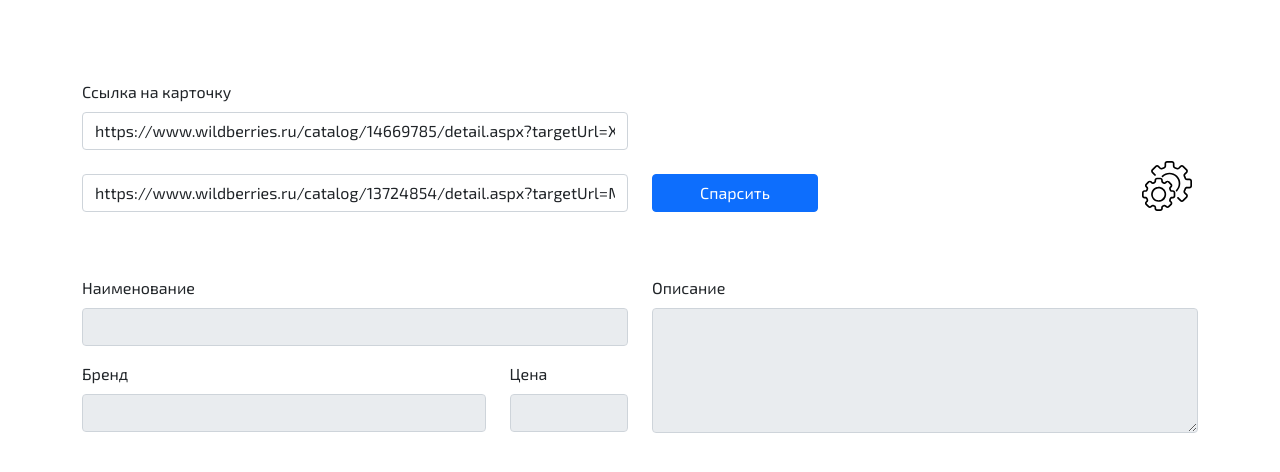
Repository: yozuul/wildberries-product-card-parser-api-exchange
Page: public/panel.html
These files come from the project's save history. The page is drawn as it stood at one moment and after the next save; the edit follows.
The browser window is 1280 px wide. The pictures show the whole page.

Above is the page before, as saved 2021-08-22 19:25:01.

### public/panel.html
<!DOCTYPE html>
<html lang="en">

<head>
   <meta charset="UTF-8">
   <meta http-equiv="X-UA-Compatible" content="IE=edge">
   <meta name="viewport" content="width=device-width, initial-scale=1.0">
   <title>Document</title>
   <link href="https://cdn.jsdelivr.net/npm/bootstrap@5.1.0/dist/css/bootstrap.min.css" rel="stylesheet"
      integrity="sha384-KyZXEAg3QhqLMpG8r+8fhAXLRk2vvoC2f3B09zVXn8CA5QIVfZOJ3BCsw2P0p/We" crossorigin="anonymous">
   <link rel="stylesheet" href="style.css">
</head>

<body>
   <div class="sidebar">
      <!-- <button type="button" class="btn_my mt-2" data-bs-toggle="modal" data-bs-target="#users"><img
            src="images/users.svg" width="50" height="50">
      </button> -->
   </div>
   <div class="modal fade" id="settings" tabindex="-1" aria-labelledby="settingsLabel" aria-hidden="true">
      <div class="modal-dialog">
         <div class="modal-content">
            <div class="modal-header">
               <h5 class="modal-title" id="settingsLabel">Токен API</h5>
               <button type="button" class="btn-close" data-bs-dismiss="modal" aria-label="Закрыть"></button>
            </div>
            <div class="modal-body">
               <form>
                  <div class="mb-3">
                     <textarea type="text" class="form-control" id="token">eyJhbGciOiJIUzI1NiIsInR5cCI6IkpXVCJ9.eyJhY2Nlc3NJRCI6IjU1YzNkMzE2LTExMzYtNGMwYi04MmY5LTY2NTMzZDMzZTNiMyJ9.r1vgQ-uEi4mcr1wizeFSqBRZazao4H34TLrjs3Msch8</textarea>
                  </div>
                  <div>
                     Можно сгенерировать в личном кабинете.<br/>Мой профиль => <a href="https://seller.wildberries.ru/supplier-settings/access-to-new-api">Доступ к новому API</a>
                  </div>
               </form>
            </div>
            <div class="modal-footer">
               <button type="button" class="btn btn-secondary" data-bs-dismiss="modal">Закрыть</button>
               <button type="button" class="btn btn-primary" id="saveToken">Сохранить</button>
            </div>
         </div>
      </div>
   </div>
   <div class="container">
      <div class="row align-items-end">
         <div class="mb-3 col-6">
            <label for="cardProductURL" class="form-label">Ссылка на карточку</label>
            <input type="text" class="form-control" id="cardProductURL"
               value="https://www.wildberries.ru/catalog/14669785/detail.aspx?targetUrl=XS"><br>
            <input type="text" class="form-control" id="cardProductURL2"
               value="https://www.wildberries.ru/catalog/13724854/detail.aspx?targetUrl=MI">
         </div>
         <div class="col-2 mb-3">
            <button id="parseCard" class="btn btn-primary col-12">
               <span id="parseCard_inactive">Спарсить</span>
               <div id="parseCard_active" class="spinner dn">
                  <span class="sr-only">Парсим</span>
                  <span class="spinner-grow spinner-grow-sm" role="status" aria-hidden="true"></span>
               </div>
            </button>
         </div>
         <div class="col-2 mb-3">
            <button id="saveCard" class="btn btn-success col-12 dn">
               <span id="saveCard_inactive">Добавить</span>
               <div id="saveCard_active" class="spinner dn">
                  <span class="sr-only">Добавляем</span>
                  <span class="spinner-grow spinner-grow-sm" role="status" aria-hidden="true"></span>
               </div>
            </button>
         </div>
         <div class="col-2 mb-3 d-flex justify-content-end">
            <button type="button" class="btn_my mb-6" data-bs-toggle="modal" data-bs-target="#settings"><img
               src="images/settings.svg" width="50" height="50">
         </button>
         </div>
      </div>
   </div>
   <form class="container mt-5">
      <div class="row">
         <div class="col">
            <!-- Если категория найдена -->
            <div class="mb-3">
               <label for="productName" class="form-label">Наименование</label>
               <input type="text" class="form-control" id="productName" readonly>
            </div>
            <div id="productExtras_wrapper" class="row dn">
               <div class="col-12  mb-3">
                  <label for="productCategory" class="form-label">Категория</label>
                  <select id="productCategory" class="form-select"></select>
               </div>
               <div class="col-12  mb-3">
                  <label for="productTnved" class="form-label">ТНВЭД</label>
                  <select id="productTnved" class="form-select"></select>
               </div>
            </div>
            <!-- Если категория не найдена -->
            <div id="productExtrasNotFound_wrapper" class="row dn">
               <div class="col-12  mb-3">
                  <label for="searchProductCategory" class="form-label">Поиск категории</label>
                  <input type="text" class="form-control" id="searchProductCategory">
               </div>
               <div class="col-12  mb-3">
                  <label for="searchProductTnved" class="form-label">ТНВЭД</label>
                  <input type="text" class="form-control" id="searchProductTnved" readonly>
               </div>
            </div>
            <div class="row mb-3">
               <div class="col-9">
                  <label for="productBrand" class="form-label">Бренд</label>
                  <input type="text" class="form-control" id="productBrand" readonly>
               </div>
               <div class="col-3">
                  <label for="productTnved" class="form-label">Цена</label>
                  <input type="text" class="form-control" id="productPrice" readonly>
               </div>
            </div>
            <div id="productImages_wrapper" class="mb-3 dn">
               <label for="productImages" class="form-label">Изображения</label>
               <div id="productImages" class="row"></div>
            </div>
         </div>
         <div class="col">
            <div id="productConsist_wrapper" class="mb-3 dn">
               <label for="productConsist" class="form-label">Состав</label>
               <input type="text" class="form-control" id="productConsist">
            </div>
            <div class="mb-3">
               <label for="cardProductDesc" class="form-label">Описание</label>
               <textarea type="text" class="form-control" id="cardProductDesc" readonly></textarea>
            </div>
            <div id="productColor_wrapper" class="mb-3 dn">
               <label for="productColor" class="form-label">Цвет</label>
               <input type="text" class="form-control" id="productColor">
            </div>
            <div id="productParams_wrapper" class="mb-3 dn">
               <label class="form-label">Характеристики</label>
               <table id="productParams_table"></table>
            </div>
         </div>
      </div>
   </form>

   <!-- <div class="toast" role="alert" aria-live="assertive" aria-atomic="true">
      <div class="toast-header">
        <img src="..." class="rounded mr-2" alt="...">
        <strong class="mr-auto">Bootstrap</strong>
        <small>11 mins ago</small>
        <button type="button" class="ml-2 mb-1 close" data-dismiss="toast" aria-label="Close">
          <span aria-hidden="true">&times;</span>
        </button>
      </div>
      <div class="toast-body">
        Hello, world! This is a toast message.
      </div>
    </div> -->

    <script src="panel.js"></script>
    <script src="https://cdn.jsdelivr.net/npm/bootstrap@5.1.0/dist/js/bootstrap.bundle.min.js"
    integrity="sha384-U1DAWAznBHeqEIlVSCgzq+c9gqGAJn5c/t99JyeKa9xxaYpSvHU5awsuZVVFIhvj" crossorigin="anonymous">
   </script>
</body>

</html>

### public/style.css
@import url('https://fonts.googleapis.com/css2?family=Exo+2&display=swap');

* {
   font-family: 'Exo 2', sans-serif;
}

body {
   padding: 0;
   margin: 0;
   padding-bottom: 80px;
   padding-top: 80px;
}
.dn {
   display: none;
}
.parser_form_wrapper {
   margin-top: 50px;
}
#cardProductDesc {
   height: 125px;
}
#cardProductDesc.max_height_desc {
   height: 210px;
}
/* .imageItem {
   max-width: 100px;
   margin-right: 5px;
} */
.imageItem img {
   max-width: 100%;
   height: auto;
   margin-bottom: 20px;
   border: 1px solid #eee;
}
#productParams_table th {
   width: 60%;
   /* text-align: right;
   padding-right: 40px; */
}
#productParams_table td {
   width: 40%;
}
/* .productImages {
   display: flex;
} */
.btn_my {
   background: none;
   border: none;
   outline: none;
}
.sidebar {
   width: 60px;
   position: fixed;
   top: 90px;
   left: 10px;
}
#token {
   height: 90px;
   resize: none;
}
/* .productFormWrapper, .parseFormWrapper {
   max-width: 1200px;
   margin: auto;
   padding-top: 25px;
   padding-bottom: 25px;
}
.parseFormWrapper {
   border-bottom: 1px dotted #9999;
}
.productFormWrapper {
   display: flex;
}
.productFormWrapperLeft {
   margin-right: 50px;
}
.parseForm {
   display: flex;
   flex-wrap: wrap;
   max-width: 550px;
}
.parseForm input {
   width: 550px;
   margin-bottom: 20px;
}
.productForm {
}
.productForm input, .productForm textarea {
   width: 550px;
}
.productForm textarea {
   height: 100px;
   resize: none;
}
.parseFormWrapper p, .productFormWrapper p {
   margin-bottom: 8px;
   margin-top: 0;
}
.inputWrapper {
   margin-bottom: 15px;
} */

### public/panel.js
const query = (el) => document.querySelector(el)
const queryAll = (el) => document.querySelectorAll(el)

class Panel {
   constructor(api, button, element, input) {
      this.api = api
      this.button = button
      this.element = element
      this.input = input
   }

   waitParse() {
      this.parseButtonControl()
      this.addProductButtonControl()
   }

   addProductButtonControl() {
      this.button.saveCard.onclick = async () => {
         const updatedFields = this.getUpdatedFields()
         const objectData = this.prepareObjectData(this.parseData, updatedFields)
         const addCard = await this.apiFetch(this.api.addCard, objectData)
         console.log(objectData);
      }
   }

   prepareObjectData(parseData, updatedFields) {

      const params = parseData.details.params
      const cardData = {
         params: {
            card: [{
               countryProduction: params['Страна производства'],
               supplierVendorCode: parseData.extras.supplierVendorCode,
               object: parseData.cardProductName,
               addin: [{
                     type: 'Состав',
                     params: [{
                        value: 'Хлопок',
                        count: 80
                     }]
                  },
                  {
                     type: 'Тнвэд',
                     params: [{
                        value: updatedFields.productTnved.split('--')[0]
                     }]
                  },
                  {
                     type: 'Бренд',
                     params: [{
                        value: updatedFields.cardProductBrand
                     }]
                  },
                  {
                     type: 'Комплектация',
                     params: [{
                        value: params['Комплектация']
                     }]
                  },
                  {
                     type: 'Пол',
                     params: [{
                        value: params['Пол']
                     }]
                  },
                  {
                     type: 'Описание',
                     params: [{
                        value: updatedFields.cardProductDesc
                     }]
                  },
                  {
                     type: 'Ключевые слова',
                     params: [{
                        value: 'Худи'
                     }]
                  }
               ],
               nomenclatures: [{
                  vendorCode: Math.floor(Math.random() * 1000000000),
                  variations: [{
                     barcode: parseData.extras.barcode,
                     addin: [{
                           type: 'Розничная цена',
                           params: [{
                              count: parseInt(updatedFields.cardProductPrice)
                           }]
                        },
                        {
                           type: 'Размер',
                           params: [{
                              value: "56"
                           }]
                        },
                        {
                           type: 'Рос. размер',
                           params: [{
                              value: "56"
                           }]
                        }
                     ]
                  }],
                  addin: [{
                        type: "Основной цвет",
                        params: [{
                           value: updatedFields.productColor
                        }]
                     },
                     {
                        type: "Фото",
                        params: []
                     }
                  ]
               }]
            }]
         },
         // jsonrpc: "2.0",
         id: parseData.extras.uuid
      }

      // console.log(cardData);
        return cardData
   }

   getUpdatedFields() {
      const category =  select.productCategory
      let activeCategory = 'nocat'
      if(category.options[category.selectedIndex]) {
         activeCategory = category.options[category.selectedIndex].text
      }

      const tnved =  select.productTnved
      let activeTnved = 'notnved'
      if(tnved.options[category.selectedIndex]) {
         activeTnved = tnved.options[category.selectedIndex].text
      }

      const fields = {
         cardProductName: input.cardProductName.value,
         productCategory: activeCategory,
         productTnved: activeTnved,
         cardProductBrand: input.cardProductBrand.value,
         cardProductPrice: input.cardProductPrice.value,
         productConsist: input.productConsist.value,
         cardProductDesc: textarea.cardProductDesc.value,
         productColor: input.productColor.value
      }

      return fields
   }

   parseButtonControl() {
      this.button.parseCard.onclick = async () => {
         this.cleanHideDynamicBlocks()
         this.toggleSpinner('on')
         // Получение данных
         let parseData = await this.apiFetch(this.api.parseCard, {data: input.cardProductURL.value})
         // console.log(parseData);
         parseData.extras = await this.apiFetch(this.api.getAdditionalCardData, parseData)
         this.parseData = parseData
         this.passDataToFields(parseData)
      }
   }

   passDataToFields(data) {
      // Основные данные товара
      const commonDataFields = {
         cardProductName: input.cardProductName,
         cardProductBrand: input.cardProductBrand,
         cardProductPrice: input.cardProductPrice
      }
      for(let input in commonDataFields) {
         commonDataFields[input].removeAttribute('readonly')
         commonDataFields[input].value = data[input]
      }

      // Изображения
      if(data.cardProductImages) {
         this.element.productImages_wrapper.classList.remove('dn')
         data.cardProductImages.reverse()
         const imagesBlock = query('#productImages')
         let imgNum = 0
         for(let image of data.cardProductImages) {
            const divTag = `<div class='col-3 imageItem'><img src="${image}"></div>`
            imagesBlock.insertAdjacentHTML('afterbegin', divTag)
            imgNum++
         }
      }
      // Состав
      const detailConsist = data.details.consist
      if(detailConsist) {
         element.productConsist_wrapper.classList.remove('dn')
         input.productConsist.value = detailConsist
      } else {
         element.productConsist_wrapper.classList.add('dn')
      }
      // Описание
      const detailDesc = data.details.desc
      if(detailDesc) {
         textarea.cardProductDesc.removeAttribute('readonly')
         textarea.cardProductDesc.classList.add('max_height_desc')
         textarea.cardProductDesc.value = detailDesc
      }
      // Цвет
      const productColor = data.cardProductColor
      if(productColor) {
         element.productColor_wrapper.classList.remove('dn')
         input.productColor.value = productColor
      } else {
         element.productColor_wrapper.classList.add('dn')
      }
      // Характеристики
      const detailParams = data.details.params
      if(detailParams) {
         element.productParams_wrapper.classList.remove('dn')

         for(let name in detailParams) {
            const paramRow = `<tr><th>${name}</th><td>${detailParams[name]}</td></tr>`
            element.productParams_table.insertAdjacentHTML('afterbegin', paramRow)
         }
      } else {
         element.productParams_wrapper.classList.add('dn')
      }
      // Категория
      const direcoryList = data.extras.direcoryList
      if(direcoryList) {
         let num = 1
         for(let direcory in direcoryList) {
            const dirOptionRow = `<option value="${num}">${direcory}</option>`
            select.productCategory.insertAdjacentHTML('afterbegin', dirOptionRow)
            num++
         }
         element.productExtras.classList.remove('dn')
      }
      // ТВЭНД
      const tvendList = data.extras.tnvedList
      if(tvendList) {
         let num = 1
         for(let tvend of tvendList) {
            const tvendOptionRow = `<option value="${num}">${tvend.tnvedCode}${tvend.description}</option>`
            select.productTnved.insertAdjacentHTML('afterbegin', tvendOptionRow)
            num++
         }
         element.productExtras.classList.remove('dn')
      }

      this.button.saveCard.classList.remove('dn')
      this.toggleSpinner('off')
   }

   async apiFetch(apiURL, jsonData) {
      try {
         const response = await fetch(apiURL, {
            method: 'POST',
            body: JSON.stringify(jsonData),
            headers: { 'Content-Type': 'application/json' }
         })
         return await response.json()
      } catch (error) {
         console.error('Error fetching:', error);
      }
   }

   cleanHideDynamicBlocks() {
      // Кнопка сохранения
      this.button.saveCard.classList.add('dn')
      // Блок изображений
      this.element.productImages_wrapper.classList.add('dn')
      // Блок характеристик
      this.element.productParams_wrapper.classList.add('dn')
      // Блок категорий
      this.element.productExtras.classList.add('dn')
      // Удаляем изображения и характеристики
      const cleanInside = [
         queryAll('#productImages div'),
         queryAll('#productParams_table tr'),
         queryAll('#productExtras_wrapper option')
      ]
      for(let items of cleanInside) {
         if(items.length > 0) {
            Array.from(items).map((i) => i.remove())
         }
      }
   }

   toggleSpinner(mode) {
      if(mode == 'on') {
         this.element.parseCard_inactive.classList.add('dn')
         this.button.parseCard.setAttribute('disbale', '')
         this.element.parseCard_active.classList.remove('dn')
      } else {
         this.element.parseCard_active.classList.add('dn')
         this.button.parseCard.removeAttribute('disbale')
         this.element.parseCard_inactive.classList.remove('dn')
      }
   }
}

// Запросы на внутренний API
const apiHost = 'http://localhost:3000'
const api = {
   parseCard: `${apiHost}/parseCard`,
   getAdditionalCardData: `${apiHost}/getAdditionalCardData`,
   addCard: `${apiHost}/addCard`,
}
// Поля формы
const input = {
   cardProductURL: query('#cardProductURL'),
   cardProductName: query('#productName'),
   cardProductBrand: query('#productBrand'),
   cardProductPrice: query('#productPrice'),
   productConsist: query('#productConsist'),
   productDesc: query('#productDesc'),
   productColor: query('#productColor'),
}
// Кнопки управления формой
const button = {
   parseCard: query('#parseCard'),
   saveCard: query('#saveCard'),
}
// Селекты
const select = {
   productCategory: query('#productCategory'),
   productTnved: query('#productTnved'),
}
// Интерактивные элементы
const element = {
   parseCard_inactive: query('#parseCard_inactive'),
   parseCard_active: query('#parseCard_active'),
   saveCard_inactive: query('#saveCard_inactive'),
   saveCard_active: query('#saveCard_active'),
   productExtras: query('#productExtras_wrapper'),
   productImages_wrapper: query('#productImages_wrapper'),
   productConsist_wrapper: query('#productConsist_wrapper'),
   productParams_wrapper: query('#productParams_wrapper'),
   productColor_wrapper: query('#productColor_wrapper'),
   productParams_table: query('#productParams_table'),
}
const textarea = {
   cardProductDesc: query('#cardProductDesc')
}

new Panel(api, button, element, input, select).waitParse()

After the next save:
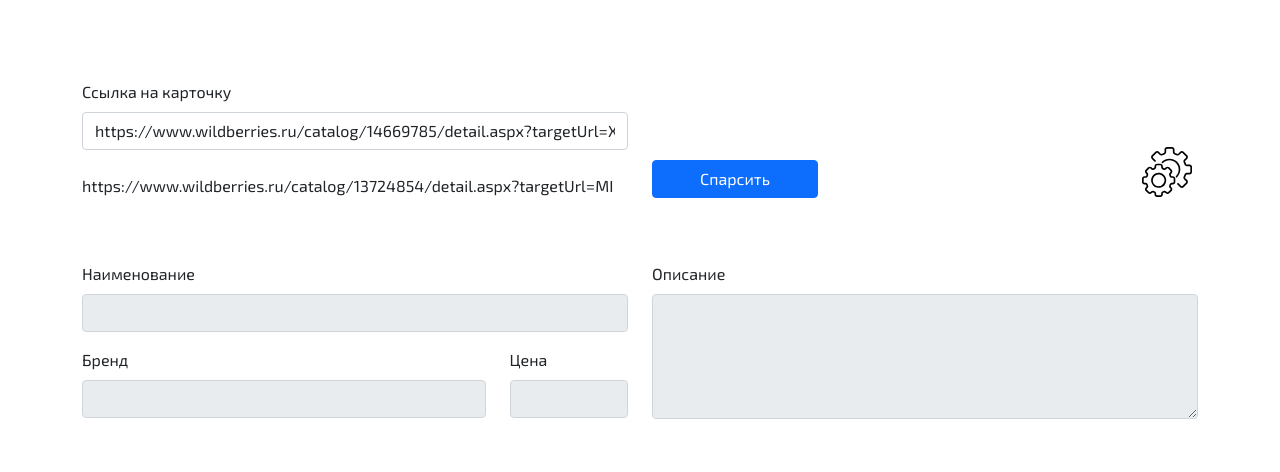
Saved 13 s later.
--- a/public/panel.html
+++ b/public/panel.html
@@ -47,8 +47,7 @@
             <label for="cardProductURL" class="form-label">Ссылка на карточку</label>
             <input type="text" class="form-control" id="cardProductURL"
                value="https://www.wildberries.ru/catalog/14669785/detail.aspx?targetUrl=XS"><br>
-            <input type="text" class="form-control" id="cardProductURL2"
-               value="https://www.wildberries.ru/catalog/13724854/detail.aspx?targetUrl=MI">
+               https://www.wildberries.ru/catalog/13724854/detail.aspx?targetUrl=MI
          </div>
          <div class="col-2 mb-3">
             <button id="parseCard" class="btn btn-primary col-12">
